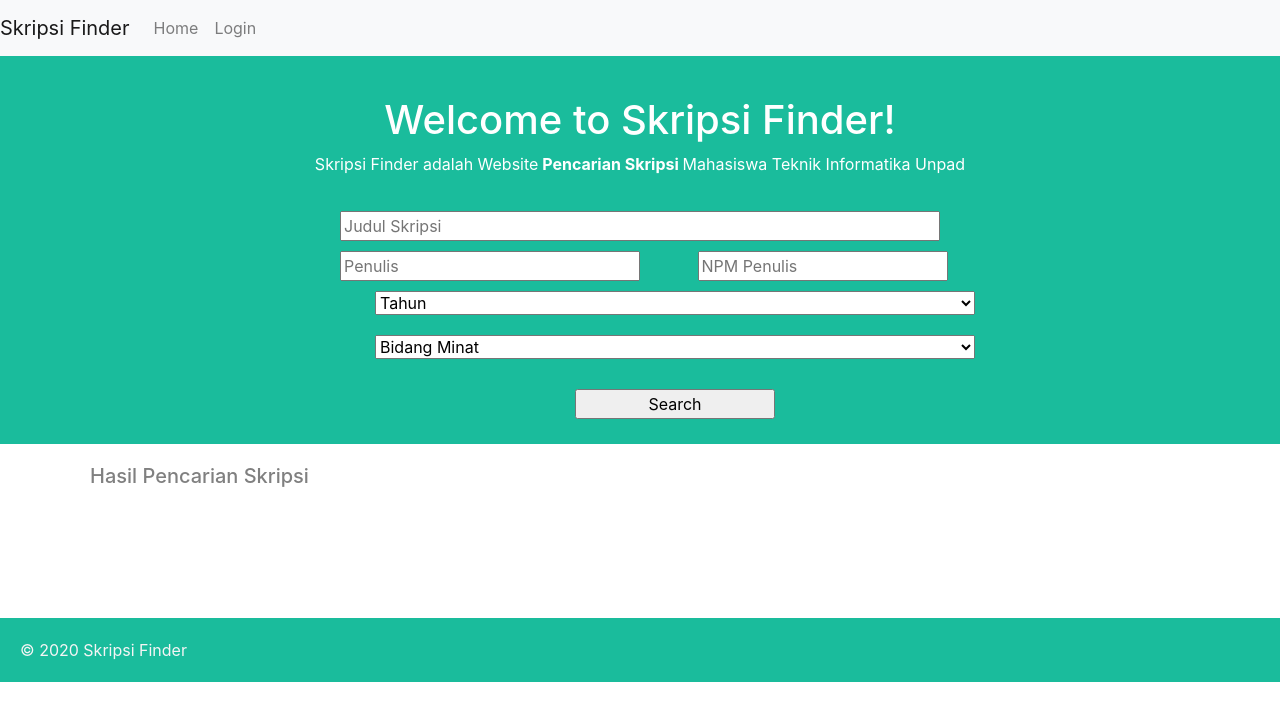
Repository: faalihnst/berita
Page: /
These files come from the project's save history. The page is drawn as it stood at one moment and after the next save; the edit follows.
The browser window is 1280 px wide. The pictures show the whole page.
The project was rebuilt for these pictures with package versions that can differ from the ones it lists, and the page was loaded fresh each time.

Above is the page before, as saved 2020-06-05 01:27:07.

### src/App.js
import React, {useState} from 'react';
import axios from 'axios';
import qs from 'qs';
import './assets/style.css';

import 'bootstrap/dist/css/bootstrap.min.css';
// import { MDBCol, MDBFormInline, MDBIcon } from "mdbreact";

import { BrowserRouter as Router, Route } from "react-router-dom";

import Homepage from "./pages/homepage";
// import Login from "./Pages/login";
// import Skripsi from "./Pages/skripsi";

function App() {

  return (
    <div className="App">
      <Router>
        <Route exact path="/" component={Homepage}></Route>
        {/* <Route exact path="/Login" component={Login}></Route>
        <Route exact path="/Skripsi" component={Skripsi}></Route> */}
      </Router>
    </div>
  );
}

export default App;

### src/assets/style.css

.WebContainer{
  width: 100%;
  height: auto;
}

.container1{
  overflow: hidden;
}

.header {
  padding: 40px;
  text-align: center;
  background: #1abc9c;
  color: white;
}

  /* Increase the font size of the heading */
.header h1 {
  font-size: 40px;
}

.judul{
  font-weight: bold;
}

.col-md-10{
  margin-left: 80px;
  margin-top: 10px;
  padding: 10px;
  border-bottom: 1.5pt solid #E4DFDA;
}

.col-md-5{
  padding: 5px;
  margin-top: 10px;
  margin-left: 1px;
}

.col-md-2{
  padding: 5px;
  margin-top: 10px;
  margin-left: 15px;
}

a#skripsi{
  font-weight: bold;;
  margin-left: 15px;
  font-size: 20pt;
}

.result{
  color: grey;
}

h5{
  padding: 20px;
  margin-left: 70px;
}

footer{
  background-color: #1abc9c;
  color: whitesmoke;
  padding: 20px;
  margin-top: 110px;
}

form{
  margin-top: 20px;
  transform: translateY(15px);
}

input#titleBar{
  width: 600px;
}

input#nameBar{
  width: 300px;
  margin-left: 255px;
  margin-right: 0px;
}

input#npmBar{
  width: 250px;
  margin-right: 220px;
}

.dropdown{
  margin-top: 10px;
  margin-inline-start: 550px;
  transform: translateY(-10px);
  width: 600px;
  margin-left: 350px;
}

.row{
  margin-top: 10px;
}

.button#search{
  margin-top: 10px;
  margin-left: 550px;
  width: 200px;
}

.grid-container{
  grid-template-columns: auto auto;
}

/* css login */
.container#login{
  height:480px;
  margin-top: 40px;
  margin-bottom: 50px;
  background-color:#1abc9c;
  justify-content: space-between;
  flex-direction: column;
  display: flex;
}

img{
  width: 577;
  height: 433;
  margin-top: 80px;
  margin-left: -200px;
}

.welcome{
  transform: rotate(-90deg);
  margin-left: -250px;
  color: white;
}

.btn-login{
  justify-content: flex-end;
  display: flex;
  margin-bottom: 25px;
  margin-top: 30px;
  font-size: 24px;
  background-color: blue;
  color: white;

}

.form-word{
  margin-left: 0px;
  margin-top: -90px;
  font-size: 25px;
  color: white;
}

.form-group{
  margin-top: 120px;
  width: 100px;
}

/* css skripsi */

.col-md-8#title{
  margin-top: 30px;
  padding: 15px;
}

.btn-holder {
  justify-content: flex-end;
  display: flex;
  margin-right: 50px;
  margin-bottom: 50px;
}

p#judul{
  font-weight: bold;;
  margin-left: 15px;
  font-size: 18pt;
  color: white;
}

article#abstrak{
  margin-top: 15px;
  padding: 3px;
  font-style: italic;
}

.imgSkripsi{
  width: 300px;
  height: 400px;
  margin-top: 35px;
  margin-left: 10px;
}

### src/pages/homepage.js
import React, { useState } from "react";
import { Link } from "react-router-dom";
import axios from "axios";
import qs from "qs";
// import '../assets/style.css';
// import './assets/font-awesome.min.css';

export default function Homepage() {
  //aciganti
  const [value, setValue] = useState({
    news: [],
    title: "",
    date: "",
    link: "",
    category: "",
  });

  const getData = async () => {
    const BASE_URL = "http://localhost:3030/berita-app/query";

    const headers = {
      Accept: "application/sparql-results+json,*/*;q=0.9",
      "Content-Type": "application/x-www-form-urlencoded; charset=UTF-8",
    };

    const queryData = {
      query: `PREFIX news:<http://example.co.id/ns/newsdata>
            SELECT DISTINCT ?title ?date ?link ?category
            WHERE {
            ?news news:title ?title.
            ?news news:date ?date.
            ?news news:link ?link.
            ?news news:category ?category;
            FILTER contains(?category,"${value.title}")
    }`,
    };

    try {
      const { data } = await axios(BASE_URL, {
        method: "POST",
        headers,
        data: qs.stringify(queryData),
      });
      console.log(data);

      // Convert Data
      const formatted_data = data.results.bindings.map((news, index) =>
        formatter(news, index)
      );
      console.log(formatted_data);

      setValue({
        ...value,
        news: formatted_data,
      });
    } catch (err) {
      console.error(err);
    }
  };

  const formatter = (news, index) => {
    return {
      id: index,
      title: news.title.value,
      date: news.date.value,
      link: news.link.value,
      category: news.category.value,
    };
  };

  const handleChangeTitle = (event) => {
    setValue({
      ...value,
      title: event.target.value,
    });
  };

  const handleChangeNpm = (event) => {
    setValue({
      ...value,
      npm: event.target.value,
    });
  };

  const handleChangeName = (event) => {
    setValue({
      ...value,
      nama: event.target.value,
    });
  };

  const handleChangeYear = (event) => {
    setValue({
      ...value,
      tahun: event.target.value,
    });
  };

  const handleChangeMajor = (event) => {
    setValue({
      ...value,
      peminatan: event.target.value,
    });
  };

  const content = value.news.map((news) => (
    <div className="container">
      <div key={news.id}>
        <div className="col-md-10">
          <div className="title">
            <a href={`${news.link}`}>{news.title}</a>
          </div>
          <div class="row">
            <div class="col-md-2">{news.category}</div>
            <div class="col-md-2">{news.date}</div>
          </div>
        </div>
      </div>
    </div>
  ));
  // Layout
  return (

    <body>

      {/* Navbar */}
      <nav className="navbar navbar-expand-lg navbar-nav navbar-light bg-light">
        <a className="navbar-brand" href="#">
          Skripsi Finder
        </a>
        <button
          className="navbar-toggler"
          type="button"
          data-toggle="collapse"
          data-target="#navbarSupportedContent"
          aria-controls="navbarSupportedContent"
          aria-expanded="false"
          aria-label="Toggle navigation"
        >
          <span className="navbar-toggler-icon"></span>
        </button>

        <div className="collapse navbar-collapse" id="navbarSupportedContent">
          <ul className="navbar-nav mr-auto">
            <li className="nav-item active">
            <li className="nav-item">
              <a className="nav-link" href="/" onClick={getData}>
                Home
              </a>
            </li>
            </li>
            <li className="nav-item">
              <a className="nav-link" href="Login">
                Login
              </a>
            </li>
          </ul>
        </div>
      </nav>

      <div className="header">
        <h1>
            Welcome to Skripsi Finder!
        </h1>
        <p id="desc">Skripsi Finder adalah Website<b> Pencarian Skripsi </b>Mahasiswa Teknik Informatika Unpad</p>

      {/* Search Form  */}
      <form>
          <div className="container">
            <div className="row">
              <div className="col">
                <input
                  setValue={value.title}
                  placeholder="Judul Skripsi"
                  type="text"
                  id="titleBar"
                  onChange={handleChangeTitle}
                />
              </div>
            </div>
            <div className="grid-container">
              <div className="row">
                <div className="col">
                  <input
                    setValue={value.nama}
                    placeholder="Penulis"
                    type="text"
                    id="nameBar"
                    onChange={handleChangeName}
                  />
                </div>
                <div className="col" id="studID">
                  <input
                    setValue={value.npm}
                    placeholder="NPM Penulis"
                    type="text"
                    id="npmBar"
                    onChange={handleChangeNpm}
                  />
                </div>
              </div>
            </div>
          </div>

      {/* Filter Tahun */}
      <div className="row">
            <select setValue={value.tahun} className="dropdown" id="tahun" onChange={handleChangeYear}>
              <option value="">Tahun</option>
              <option value="2016">2016</option>
              <option value="2017">2017</option>
              <option value="2018">2018</option>
            </select>
          </div>

      {/* Filter Peminatan */}
      <div className="row">
            <select setValue={value.peminatan} className="dropdown" id="peminatan" onChange={handleChangeMajor}>
              <option value="">Bidang Minat</option>
              <option value="Sistem Informasi">Sistem Informasi</option>
              <option value="Jaringan Komputer">Jaringan Komputer</option>
              <option value="Artificial Intelligence">Artificial Intelligence</option>
            </select>
          </div>
          <div className="row">
            <input
                type="button"
                className="button"
                id="search"
                value="Search"
                onClick={getData}
            />
          </div>
        </form>
      </div>

      {/* Hasil Pencarian */}
      <div class="result">
        <h5>Hasil Pencarian Skripsi</h5>
        <div>{content}</div>
      </div>

      {/* Footer */}
      <footer>
        <div className="footer-copyright">&copy; 2020 Skripsi Finder</div>
      </footer>
    </body>
  );
}

Loaded but not shown: public/index.html (common file); src/index.js (common file); src/index.css (common file); src/serviceWorker.js (common file)

After the next save:
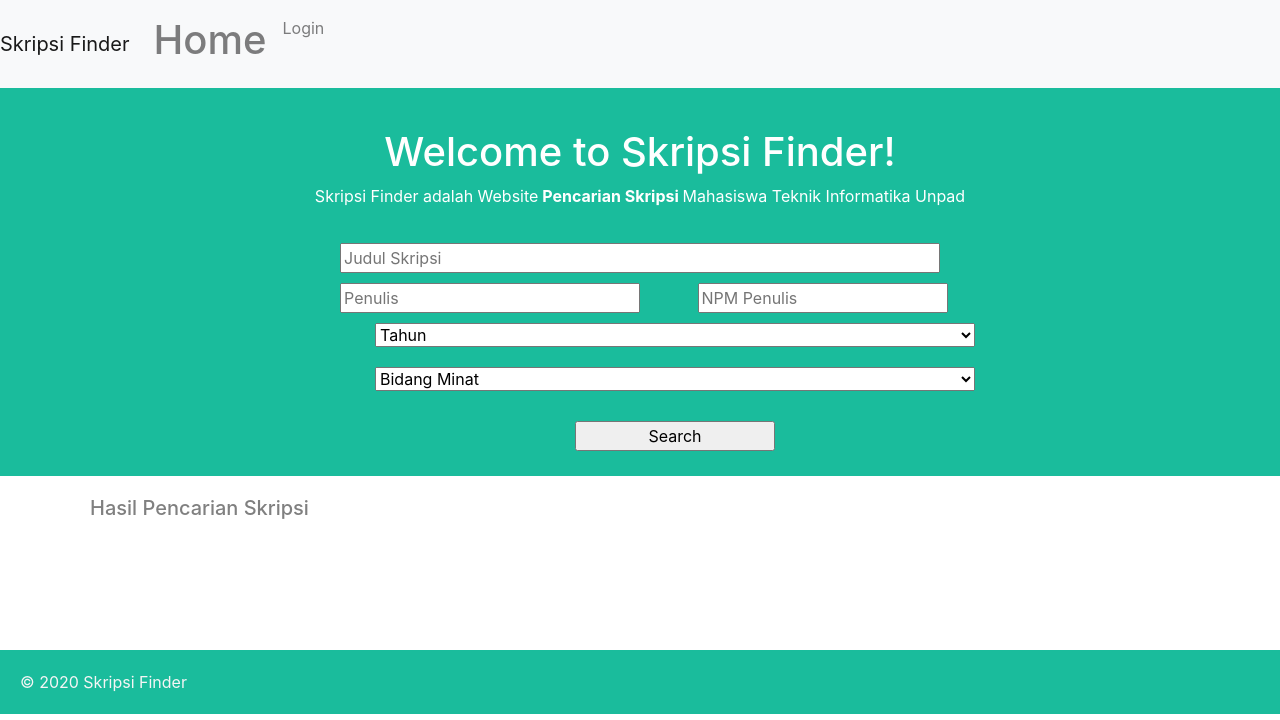
Saved 12 min 59 s later.
--- a/src/pages/homepage.js
+++ b/src/pages/homepage.js
@@ -144,9 +144,9 @@ export default function Homepage() {
           <ul className="navbar-nav mr-auto">
             <li className="nav-item active">
             <li className="nav-item">
-              <a className="nav-link" href="/" onClick={getData}>
+              <h1 className="nav-link"  onClick={getData}>
                 Home
-              </a>
+              </h1>
             </li>
             </li>
             <li className="nav-item">
